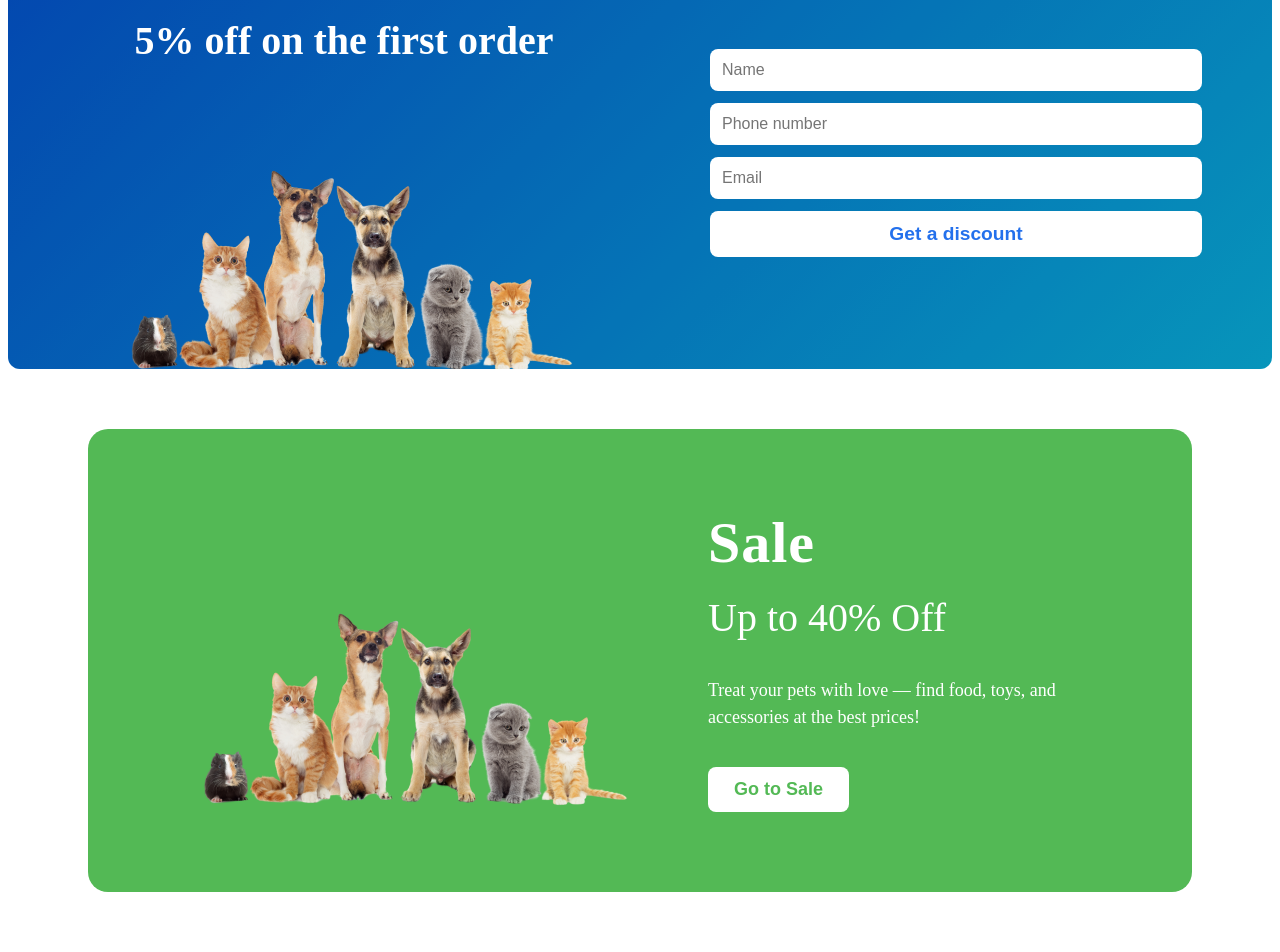
Repository: JuliiaJuliia/pet-shop-frontend
Page: / (app in pet-shop-frontend/)
The author's editor kept a copy of each file at every save. The page is drawn from the files as they stood at one save, then again after the next save.
The browser window is 1280 px wide. The pictures show the part of the page from y = 1210 to 2162 px (the page is 2162 px tall).
The project was rebuilt for these pictures with package versions that can differ from the ones it lists, and the page was loaded fresh each time. Also part of the build but not shown: pet-shop-frontend/vite.config.js, pet-shop-frontend/src/pages/CheckoutPage.jsx, pet-shop-frontend/src/api/axios.js, pet-shop-frontend/src/components/ProductList.jsx.

Above is the page before, as saved 2025-11-06 20:19:18.

### pet-shop-frontend/index.html
<!doctype html>
<html lang="en">
  <head>
    <meta charset="UTF-8" />
    <link rel="icon" type="image/svg+xml" href="/vite.svg" />
    <meta name="viewport" content="width=device-width, initial-scale=1.0" />
    <title>pet-shop-frontend</title>
  </head>
  <body>
    <div id="root"></div>
    <script type="module" src="/src/main.jsx"></script>
  </body>
</html>

### pet-shop-frontend/src/main.jsx
import HomePage from "./pages/HomePage";
import CheckoutPage from "./pages/CheckoutPage";
import React from "react";
import ReactDOM from "react-dom/client";
import { BrowserRouter, Routes, Route } from "react-router-dom";
import Header from "./components/Header/Header.jsx";
import ProductList from "./components/ProductList";

function Categories() {
  return <h2 style={{ textAlign: "center" }}>Categories Page</h2>;
}

function Sales() {
  return <h2 style={{ textAlign: "center" }}>Sales Page</h2>;
}

function Cart() {
  return <h2 style={{ textAlign: "center" }}>Your Cart is empty</h2>;
}

ReactDOM.createRoot(document.getElementById("root")).render(
  <BrowserRouter>
    <Header />
    <Routes>
      <Route path="/" element={<HomePage />} />
      <Route path="/categories" element={<Categories />} />
      <Route path="/products" element={<ProductList />} />
      <Route path="/sales" element={<Sales />} />
      <Route path="/cart" element={<Cart />} />
    </Routes>
  </BrowserRouter>
);

### pet-shop-frontend/src/pages/HomePage.jsx
import React from "react";
import MainBanner from "../components/MainBanner";
import Categories from "../components/Categories";
import DiscountBanner from "../components/DiscountBanner";
import SaleSection from "../components/SaleSection/SaleSection";

const HomePage = () => {
  return (
    <div>
      <MainBanner />
      <Categories />
      <DiscountBanner />
      <SaleSection />
    </div>
  );
};

export default HomePage;

### pet-shop-frontend/src/components/Header/Header.jsx
import React from "react";
import { Link } from "react-router-dom";
import "./Header.css";

const Header = () => {
  return (
    <header className="header">
      <div className="header__logo">
        <Link to="/">PetShop 🐾</Link>
      </div>
      <nav className="header__nav">
        <Link to="/">Main Page</Link>
        <Link to="/categories">Categories</Link>
        <Link to="/products">All products</Link>
        <Link to="/sales">All sales</Link>
      </nav>
      <div className="header__cart">
        <Link to="/cart">
        <img src="/icon.svg" alt="Cart" className="header__cart-icon" />
        </Link>
</div>
    </header>
  );
};

export default Header;

### pet-shop-frontend/src/components/MainBanner.jsx
import React from "react";
import { Link } from "react-router-dom";
import "./MainBanner.css";

const MainBanner = () => {
  return (
    <section className="main-banner">
      <div className="main-banner__overlay">
        <div className="main-banner__content">
        <h1>Amazing Discounts <br /> on Pets Products!</h1>
        <Link to="/checkout" className="banner-btn">Check out</Link>
        </div>
      </div>
    </section>
  );
};

export default MainBanner;

### pet-shop-frontend/src/components/Categories.jsx
import React from "react";
import { Link } from "react-router-dom";
import "./Categories.css";

const categories = [
  { id: 1, name: "Dry & Wet Food", image: "/Dog.jpg" },
  { id: 2, name: "Litter Boxes & Litter Trays", image: "/Cat.jpg" },
  { id: 3, name: "Baskets & Beds", image: "/Dogs.jpg" },
  { id: 4, name: "Toys", image: "/Dog and Fish.jpg" },
];

const Categories = () => {
  return (
    <section className="categories">
      <div className="categories__header">
        <h2>Categories</h2>
        <div className="categories__line"></div>

        <Link to="/products" className="all-categories-btn">
          All categories
        </Link>
      </div>

      <div className="categories__grid">
        {categories.map((category) => (
          <div key={category.id} className="category-card">
            <img src={category.image} alt={category.name} />
            <div className="category-card__overlay">
              <p>{category.name}</p>
            </div>
          </div>
        ))}
      </div>
    </section>
  );
};

export default Categories;

### pet-shop-frontend/src/components/DiscountBanner.jsx
import { useState } from "react";
import "./DiscountBanner.css";

export default function DiscountBanner() {
  const [form, setForm] = useState({ name: "", phone: "", email: "" });
  const [sent, setSent] = useState(false);

  const handleChange = (e) => {
    setForm({ ...form, [e.target.name]: e.target.value });
    setError("");
  };

  const handleSubmit = (e) => {
    e.preventDefault();

    if (!form.name || !form.phone || !form.email) {
      setError("Fill in this field");
      return;
    }

    setSent(true);
  };
  return (
    <section className="discount-banner">
      <div className="discount-banner__overlay">
        <div className="discount-banner__container">

          {/* Ліва частина: заголовок + картинка */}
          <div className="discount-banner__left">
            <h2>5% off on the first order</h2>
            <img src="/Pets.jpg" alt="Pets" />
          </div>

          {/* Права частина: форма */}
          <div className="discount-banner__right">
            {!sent ? (
              <form onSubmit={handleSubmit}>
                <input
                  type="text"
                  name="name"
                  placeholder="Name"
                  value={form.name}
                  onChange={handleChange}
                  required
                />
                <input
                  type="tel"
                  name="phone"
                  placeholder="Phone number"
                  value={form.phone}
                  onChange={handleChange}
                  required
                />
                <input
                  type="email"
                  name="email"
                  placeholder="Email"
                  value={form.email}
                  onChange={handleChange}
                  required
                />
                <button type="submit">Get a discount</button>
              </form>
            ) : (
              <p className="discount-banner__success">
                ✅ Thank you! We'll contact you soon!
              </p>
            )}
          </div>

        </div>
      </div>
    </section>
  );
}

### pet-shop-frontend/src/components/SaleSection/SaleSection.jsx
import React from "react";
import "./SaleSection.css";

const saleSection = [
    { id: 1, name: "Dry Dog Food for Adult Dogs", image: "/Dog Food.jpg" },
    { id: 2, name: "Ultra Cat Litter Tray Self-Cleaning", image: "/Cat Litter.jpg" },
    { id: 3, name: "Black Dog Bed, Large Dogs", image: "/Dog Bed.jpg" },
    { id: 4, name: "Cat Toy with Real Random Trajectory", image: "/Cat Toy.jpg" },
  ];

const SaleSection = () => {
  return (
    <section className="sale-section">

      {/* 🔹 Ліва частина: фото тварин */}
      <div className="sale-section__image">
        <img src="/Pets.jpg" alt="pets sale" />
      </div>

      {/* 🔹 Права частина: текст та кнопка */}
      <div className="sale-section__content">
        <h2 className="sale-section__title">Sale</h2>
        <h3 className="sale-section__subtitle">Up to 40% Off</h3>
        <p className="sale-section__text">
          Treat your pets with love — find food, toys, and accessories at the best prices!
        </p>
        <button className="sale-section__button">Go to Sale</button>
      </div>

    </section>
  );
};

export default SaleSection;

### pet-shop-frontend/src/components/Header/Header.css
.header {
    display: flex;
    align-items: center;
    justify-content: space-between;
    padding: 20px 60px;
    background-color: #fff;
    box-shadow: 0 2px 5px rgba(0, 0, 0, 0.05);
    position: sticky;
    top: 0;
    z-index: 10;
  }

  .header__logo a {
    font-size: 40px;
    font-weight: 400;
    color: #3d3c3c;
    text-decoration: none;
    display: flex;
    align-items: center;
    gap: 10px;
  }

  .header__nav {
    display: flex;
    gap: 30px;
  }

  .header__nav a {
    font-size: 20px;
    text-decoration: none;
    color: #38383a;
    font-weight: 550;
    transition: 0.3s;
    cursor: url("data:[embedded picture, 129 characters]"), auto;
  }

  .header__nav a:hover {
    color: #24973bf3;
  }

  .cart-icon {
    font-size: 20px;
    text-decoration: none;
  }

  .header__cart-icon {
    width: 30px;
    height: 30px;
    object-fit: contain;
    transition: transform 0.3s ease;
    cursor: url("data:[embedded picture, 129 characters]"), auto;
  }

  .header__cart-icon:hover {
    transform: rotate(10deg) scale(1.15);
  }

### pet-shop-frontend/src/components/MainBanner.css
.main-banner {
  position: relative;
  width: 100%;
  height: 500px;
  background: url("/banner-dog.jpg") center/cover no-repeat;
  display: flex;
  align-items: center;
  justify-content: center;
  border-radius: 10px;
  overflow: hidden;
  margin-bottom: 60px;
}

/* Полупрозрачный шар поверх картинки */
.main-banner__overlay {
  background: rgba(0, 0, 0, 0.35);
  width: 100%;
  height: 100%;
  display: flex;
  align-items: center;
  justify-content: center;
}

/* Текст и кнопка */
.main-banner__content {
  text-align: left;
  color: #fff;
  max-width: 800px;
  padding: 0 40px;
  line-height: 1.1;
  white-space: normal;
  word-break: break-word;
}

.main-banner__content h1 {
  font-size: 54px;
  font-weight: 700;
  line-height: 1.2;
  margin-bottom: 40px;
}


.main-banner__button {
  background-color: #53b955df;
  color: rgb(255, 255, 255);
  border: none;
  border-radius: 6px;
  font-size: 18px;
  padding: 14px 30px;
  cursor: pointer;
  transition: all 0.3s ease;
  cursor: url("data:[embedded picture, 129 characters]"), auto;
}

.main-banner__button:hover {
  background-color: #24973b91;
  ;
  transform: scale(1.05);
}

.banner-btn {
  display: inline-block;
  background-color: #53b955df;
  color: white;
  border: none;
  border-radius: 6px;
  font-size: 18px;
  padding: 14px 30px;
  text-decoration: none;
  text-align: center;
  cursor: pointer;
  transition: all 0.3s ease;
}

.banner-btn:hover {
  background-color: #24973b91;
  transform: scale(1.05);
}

### pet-shop-frontend/src/components/Categories.css
.categories {
    padding: 0px 80px 60px;
    background-color: #fff;
  }

  .categories__title {
    font-size: 36px;
    font-weight: 600;
    margin-bottom: 30px;
    color: #222;
  }

  .categories__grid {
    display: grid;
    grid-template-columns: repeat(auto-fit, minmax(220px, 1fr));
    gap: 30px;
    justify-items: center;
  }

  .category-card {
    position: relative;
    width: 100%;
    max-width: 260px;
    border-radius: 12px;
    overflow: hidden;
    cursor: url("data:[embedded picture, 129 characters]"), auto;
    transition: transform 0.3s ease;
  }

  .category-card img {
    width: 100%;
    height: 260px;
    object-fit: cover;
    border-radius: 12px;
  }

  .category-card__overlay {
    position: absolute;
    display: flex;
    justify-content: center;
    align-items: center;
    text-align: center;
    bottom: 0;
    left: 0;
    right: 0;
    background: rgba(0, 0, 0, 0.5);
    color: #fff;
    font-size: 20px;
    font-weight: 500;
    padding-top: 10px;
    transition: background 0.3s ease;
  }

  .category-card:hover {
    transform: scale(1.05);
  }

  .category-card:hover .category-card__overlay {
    background: rgba(0, 0, 0, 0.7);
  }

  .categories__header {
    display: flex;
    align-items: center;
    justify-content: space-between;
    position: relative;
    margin-bottom: 30px;
  }

  .categories__header h2 {
    font-size: 35px;
    font-weight: 700;
    color: #222;
    letter-spacing: 1.5px;
    background-color: #fff;
    padding-right: 15px;
    z-index: 1;
  }

  .categories__line {
    position: absolute;
    left: 0;
    right: 0;
    height: 1px;
    background-color: #ddd;
    top: 50%;
    transform: translateY(-50%);
    z-index: 0;
  }

  .all-categories-btn {
    display: inline-flex;
    align-items: center;
    justify-content: center;
    background-color: #fff;
    border: 1px solid #ccc;
    border-radius: 6px;
    padding: 6px 14px;
    font-size: 13px;
    font-weight: 500;
    color: #333;
    text-decoration: none;
    outline: none;
    cursor: pointer;
    z-index: 1;
    transition: all 0.3s ease;
  }

  .all-categories-btn:hover {
    background-color: #53b955cd;
    color: #fff;
    border-color: #24973b91;
    transform: scale(1.05);
    cursor: url("/paw-cursor.png"), auto;
    cursor: url("data:[embedded picture, 129 characters]"), auto;
  }

### pet-shop-frontend/src/components/DiscountBanner.css
.discount-banner {
    width: 100%;
    background: linear-gradient(135deg, #045de9, #09c6f9);
    border-radius: 12px;
    overflow: hidden;
    margin: 40px 0;
  }

  .discount-banner__overlay {
    background: rgba(0,0,0,0.25);
    padding: 40px 20px;
  }

  .discount-banner__container {
    display: flex;
    flex-direction: column;
    align-items: center;
    text-align: center;
  }


  .discount-banner__left {
    flex: 1;
    text-align: center;
    display: flex;
    flex-direction: column;
    justify-content: space-between;
    align-items: center;
    height: 100%;
    padding: 20px;
  }

  .discount-banner__left h2 {
    font-size: 2.5rem;
    color: #fff;
    margin-top: 20px;
  }

  .discount-banner__left img {
    width: 100%;
    max-width: 500px;
    border-radius: 10px;
    margin-bottom: -70px;
  }

  .discount-banner__right form {
    flex: 1;
    padding: 0 50px;
    display: flex;
    flex-direction: column;
    gap: 12px;
  }

  .discount-banner__right input {
    padding: 12px;
    border-radius: 8px;
    border: none;
    outline: none;
    font-size: 1rem;
  }

  .discount-banner__right button {
    padding: 12px;
    border-radius: 8px;
    border: none;
    background: #fff;
    color: #045ce9df;
    font-weight: 600;
    transition: 0.3s;
    font-size: 1.2rem;
    cursor: url("data:[embedded picture, 129 characters]"), auto;
  }

  .discount-banner__right button:hover {
    background: #e0e0e0;
    transform: scale(1.05);
  }

  .discount-banner__success {
    color: #fff;
    font-weight: 600;
  }

  /* Адаптивность для больших екранов */
  @media (min-width: 768px) {
    .discount-banner__container {
      flex-direction: row;
      justify-content: space-between;
      text-align: left;
    }

    .discount-banner__left {
      flex: 1;
      margin-bottom: 0;
    }

    .discount-banner__right {
      flex: 1;
    }
  }

### pet-shop-frontend/src/components/SaleSection/SaleSection.css
.sale-section {
    display: flex;
    justify-content: space-between;
    align-items: center;
    background-color: #53b955;
    border-radius: 20px;
    margin: 60px 80px;
    padding: 80px;
    color: #fff;
    position: relative;
    overflow: hidden;
  }

  /* 🔹 Фото */
  .sale-section__image img {
    width: 480px;
    height: auto;
    border-radius: 16px;
    object-fit: cover;
    transform: translateY(20px);
  }

  /* 🔹 Контент */
  .sale-section__content {
    flex: 1;
    padding-left: 60px;
    display: flex;
    flex-direction: column;
    gap: 18px;
  }

  .sale-section__title {
    font-size: 58px;
    font-weight: 700;
    margin: 0;
    letter-spacing: 1px;
  }

  .sale-section__subtitle {
    font-size: 40px;
    font-weight: 500;
    margin: 0;
  }

  .sale-section__text {
    font-size: 18px;
    line-height: 1.5;
    max-width: 440px;
  }

  .sale-section__button {
    background: #fff;
    color: #53b955;
    border: none;
    border-radius: 8px;
    padding: 12px 26px;
    font-size: 18px;
    font-weight: 600;
    width: fit-content;
    cursor: url("data:[embedded picture, 129 characters]"), auto;
    transition: 0.3s ease;
  }

  .sale-section__button:hover {
    background: #3c933f;
    color: #fff;
  }

After the next save:
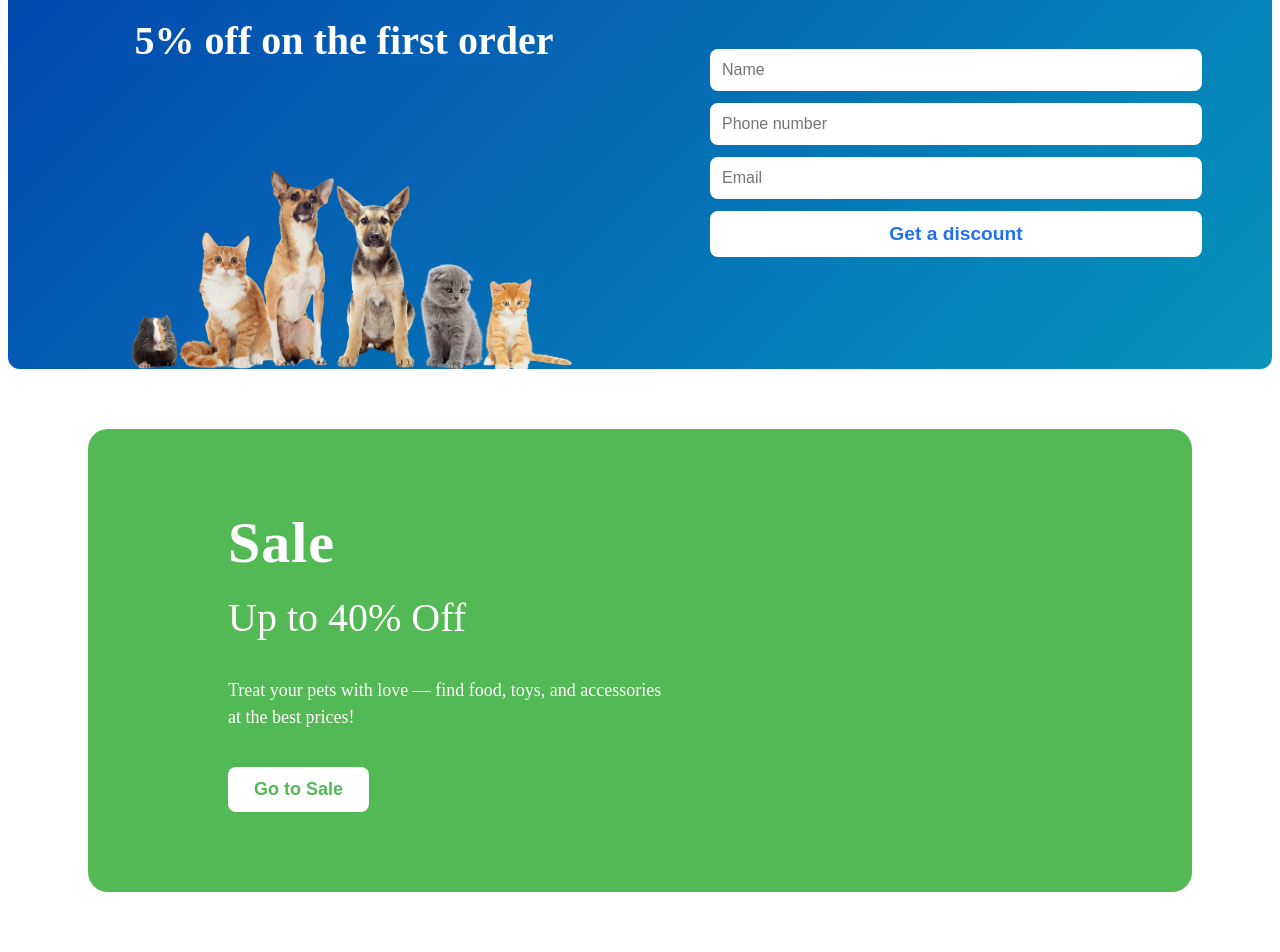
Saved 24 s later.
--- a/pet-shop-frontend/src/components/SaleSection/SaleSection.jsx
+++ b/pet-shop-frontend/src/components/SaleSection/SaleSection.jsx
@@ -11,11 +11,6 @@ const saleSection = [
 const SaleSection = () => {
   return (
     <section className="sale-section">
-
-      {/* 🔹 Ліва частина: фото тварин */}
-      <div className="sale-section__image">
-        <img src="/Pets.jpg" alt="pets sale" />
-      </div>
 
       {/* 🔹 Права частина: текст та кнопка */}
       <div className="sale-section__content">
